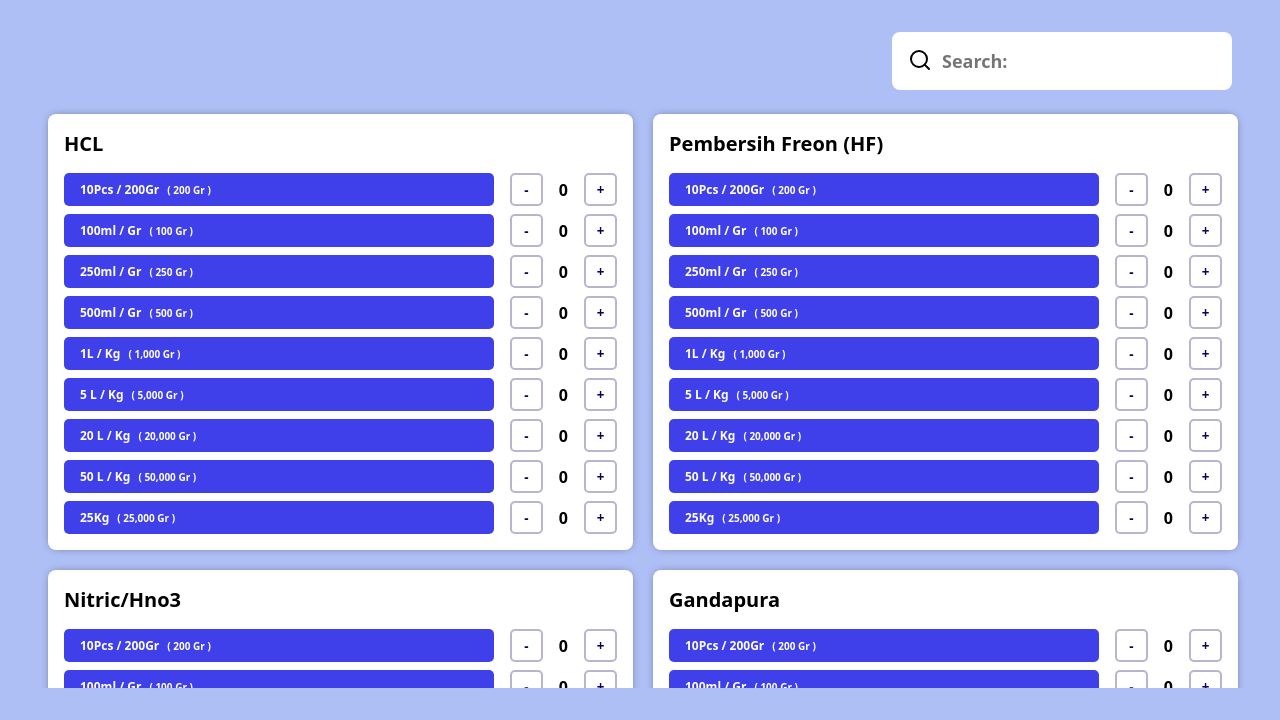
Repository: zuraniumlab-design/upstock-amsk
Page: /
The author's editor kept a copy of each file at every save. The page is drawn from the files as they stood at one save, then again after a run of saves.
The browser window is 1280 px wide. The pictures show the whole page.
An inner scrolling area shows only its first screen. The project was rebuilt for these pictures with package versions that can differ from the ones it lists, and the page was loaded fresh each time. Also part of the build but not shown: vite.config.js.

Above is the page before, as saved 2026-06-18 17:27:56.

After the next 2 saves:
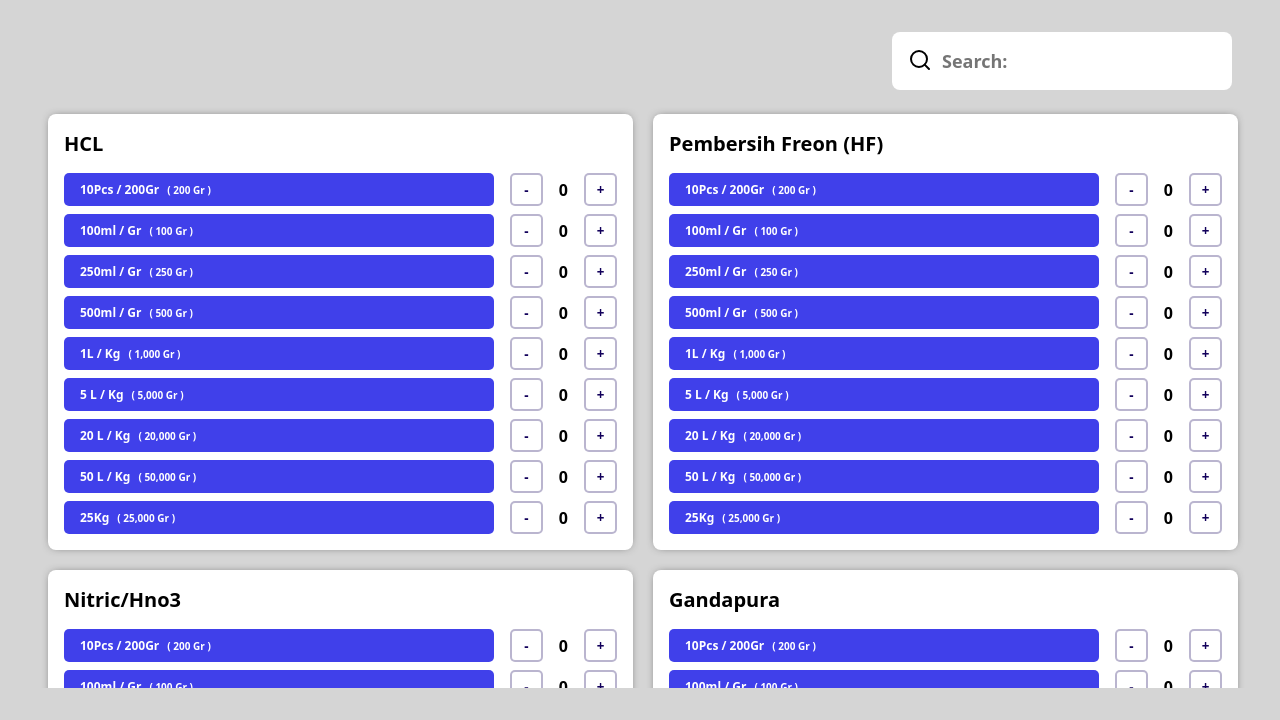
The 2 saves are shown as one change because they came seconds apart.
The last was saved 7 s later.
--- a/src/App.module.css
+++ b/src/App.module.css
@@ -1,5 +1,5 @@
 .container {
-  background-color: #aebff5;
+  background-color: #d5d5d5;
   height: 100vh;
   width: 100vw;
   padding: 2rem;
